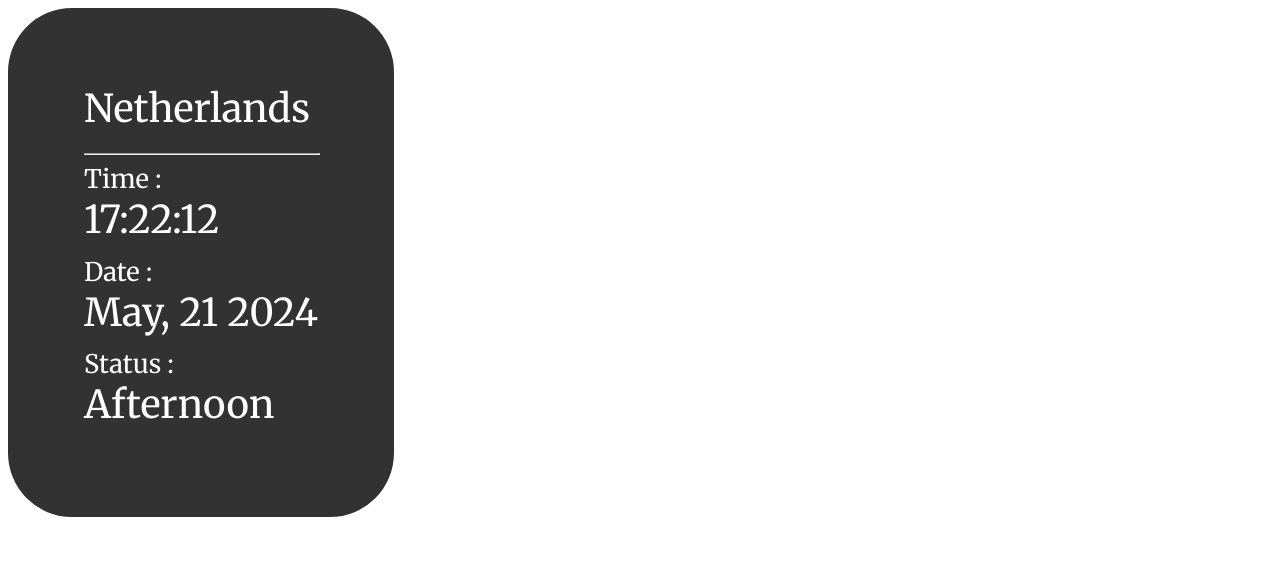
Repository: SnakeXrnt/notion-clock
Page: netherlands.html
The author's editor kept a copy of each file at every save. The page is drawn from the files as they stood at one save, then again after the next save.
The browser window is 1280 px wide. The pictures show the whole page.

Above is the page before, as saved 2024-05-21 16:22:27.

### netherlands.html
<!DOCTYPE html>
<html lang="en">
<head>
    <meta charset="UTF-8">
    <meta name="viewport" content="width=device-width, initial-scale=1.0">
    <title>Netherlands</title>
    <link rel="preconnect" href="https://fonts.googleapis.com">
    <link rel="preconnect" href="https://fonts.gstatic.com" crossorigin>
    <link href="https://fonts.googleapis.com/css2?family=Merriweather:ital,wght@0,300;0,400;0,700;0,900;1,300;1,400;1,700;1,900&display=swap" rel="stylesheet">
    <style>
        h1, h2, h3 {
            margin: 0px;
            font-family: "Merriweather", serif;
            font-weight: 400;
            font-style: normal;
            color: white;
        }

        h1 {
            font-size: 3vw;
            padding-bottom: 1vw;
        }
        h2 {
            font-size: 2vw;
        }

        .box {
            display: flex;
            flex-direction: column;
            width: max-content;
            height: max-content;
            border: 6vw solid rgb(50, 50, 50);
            background-color: rgb(50, 50, 50);
            border-radius: 5vw;

        }
    </style>
    <script>
        function updateTime() {
            const timeElement = document.querySelector('.time');
            const dateElement = document.querySelector('.date');
            const statusElement = document.querySelector('.status');

            const now = new Date();
            const options = { timeZone: 'Europe/Amsterdam' }; // Changed time zone to Amsterdam
            const amsterdamTime = new Date(now.toLocaleString('en-US', options));

            const hours = amsterdamTime.getHours();
            const minutes = amsterdamTime.getMinutes();
            const seconds = amsterdamTime.getSeconds();

            timeElement.innerHTML = `${hours}:${minutes < 10 ? '0' : ''}${minutes}<span class="blink">:</span>${seconds < 10 ? '0' : ''}${seconds}`;

            const monthNames = ["January", "February", "March", "April", "May", "June", "July", "August", "September", "October", "November", "December"];
            const month = monthNames[amsterdamTime.getMonth()];
            const date = amsterdamTime.getDate();
            const year = amsterdamTime.getFullYear();

            dateElement.innerHTML = `${month}, ${date} ${year}`;

            const hourOfDay = amsterdamTime.getHours();
            let status = '';
            if (hourOfDay >= 5 && hourOfDay < 12) {
                status = 'Morning';
            } else if (hourOfDay >= 12 && hourOfDay < 15) {
                status = 'Mid-day';
            } else if (hourOfDay >= 15 && hourOfDay < 18) {
                status = 'Afternoon';
            } else if (hourOfDay >= 18 && hourOfDay < 21) {
                status = 'Evening';
            } else {
                status = 'Mid-night';
            }

            statusElement.innerHTML = status;

            // Toggle blink class
            const blinkElements = document.querySelectorAll('.blink');
            blinkElements.forEach(element => {
                element.classList.toggle('hidden');
            });
        }

        setInterval(updateTime, 1000); // Update every second
    </script>
</head>
<body>
    <div class="box">
        <h1>Netherlands</h1>
        <hr width="100%">
        <h2>Time :</h2>
        <h1 class="time"></h1>
        <h2>Date :</h2>
        <h1 class="date"></h1>
        <h2>Status : </h2>
        <h1 class="status"></h1>

    </div>
</body>
</html>

After the next save:
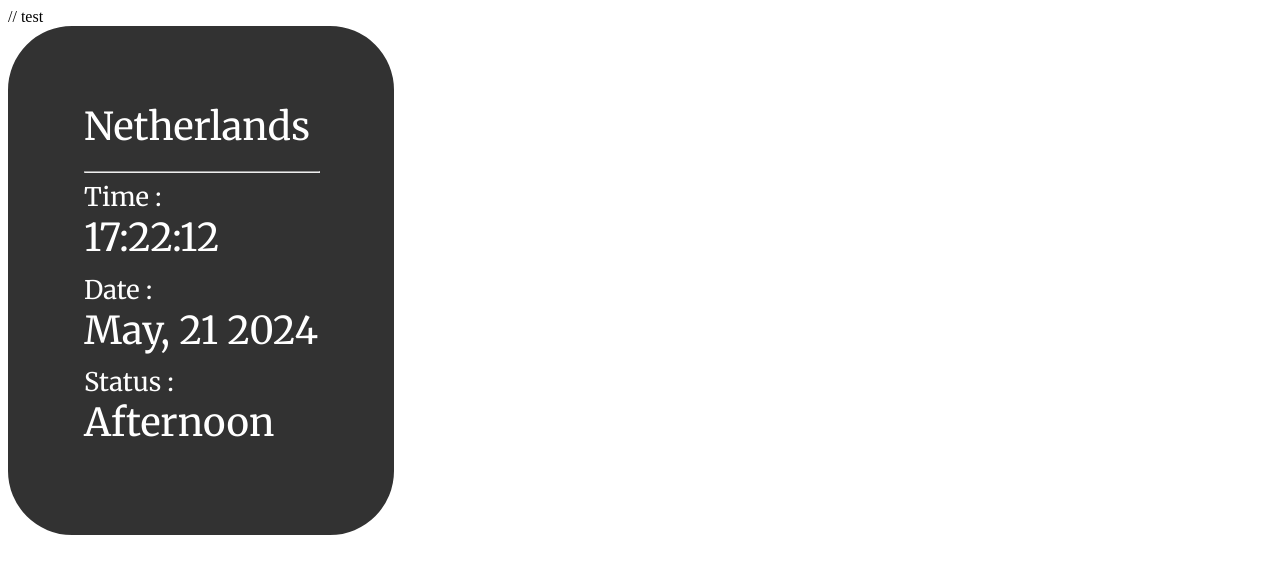
Saved 4 min 26 s later.
--- a/netherlands.html
+++ b/netherlands.html
@@ -1,3 +1,4 @@
+// test
 <!DOCTYPE html>
 <html lang="en">
 <head>

After the save that followed:
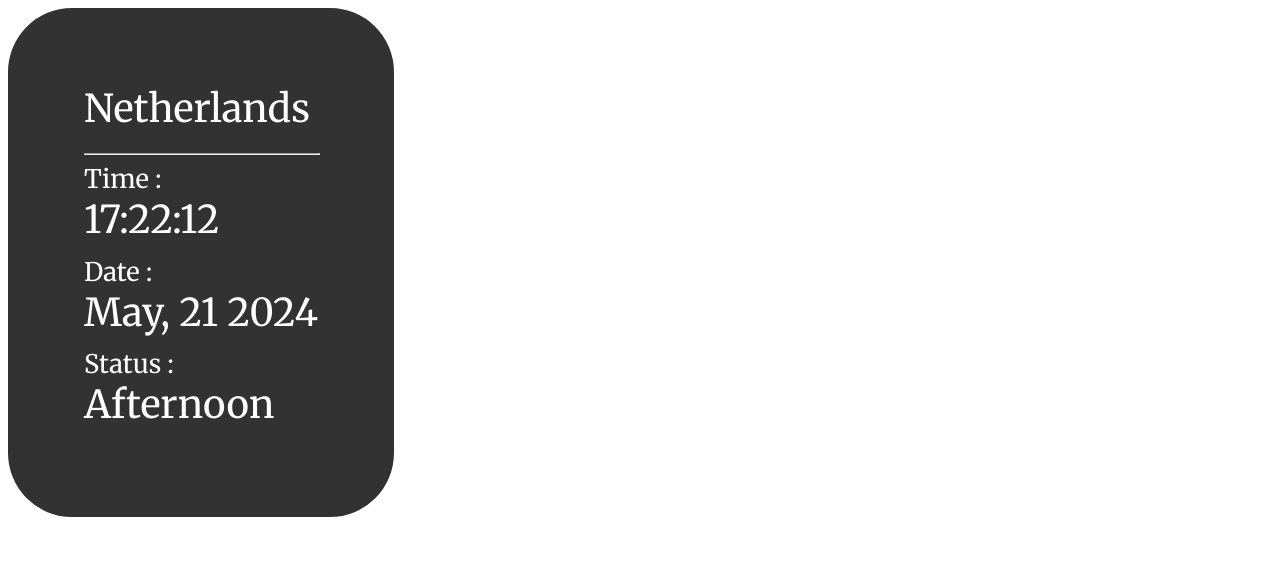
Saved 4 min 21 s later.
--- a/netherlands.html
+++ b/netherlands.html
@@ -1,4 +1,3 @@
-// test
 <!DOCTYPE html>
 <html lang="en">
 <head>
